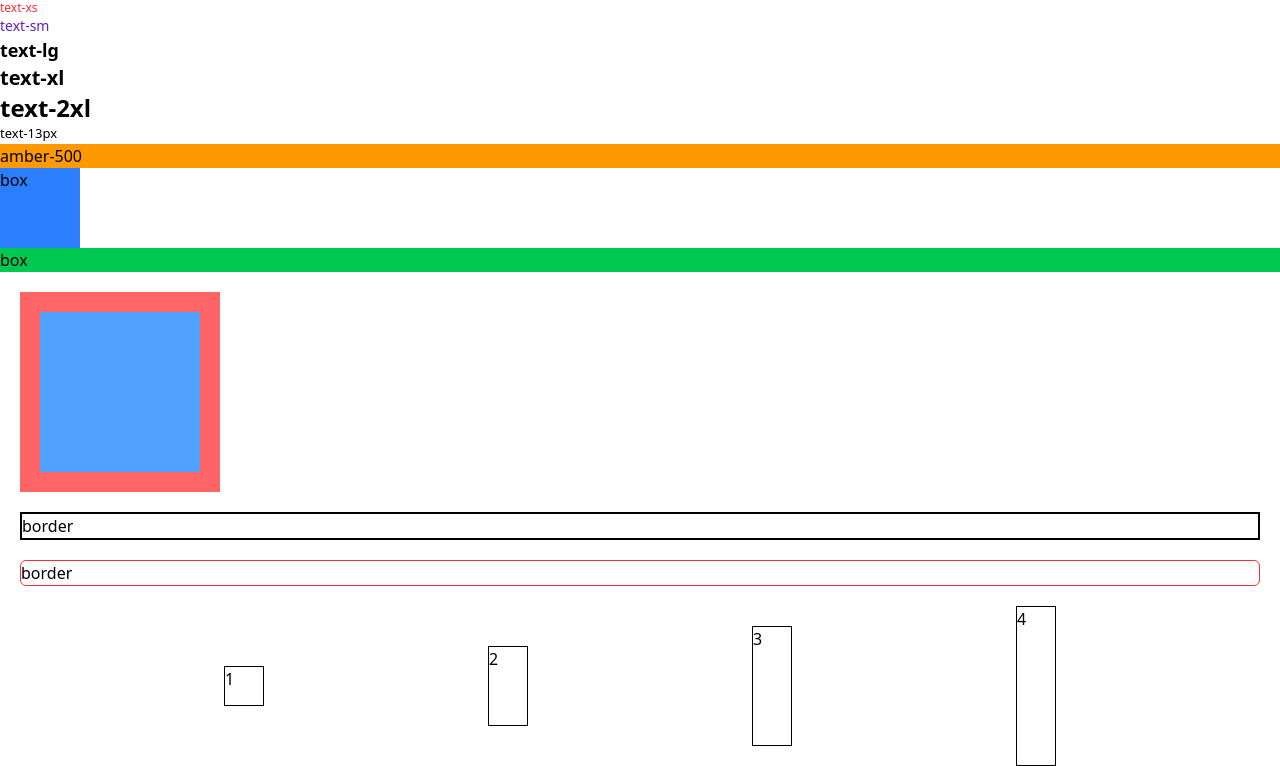
Repository: kkhhjjoo/onebite-tailwind
Page: /
These files come from the project's save history. The page is drawn as it stood at one moment and after the next save; the edit follows.
The browser window is 1280 px wide. The pictures show the whole page.
The project was rebuilt for these pictures with package versions that can differ from the ones it lists, and the page was loaded fresh each time. Also part of the build but not shown: vite.config.ts, src/App.css.

Above is the page before, as saved 2025-12-24 20:04:51.

After the next save:
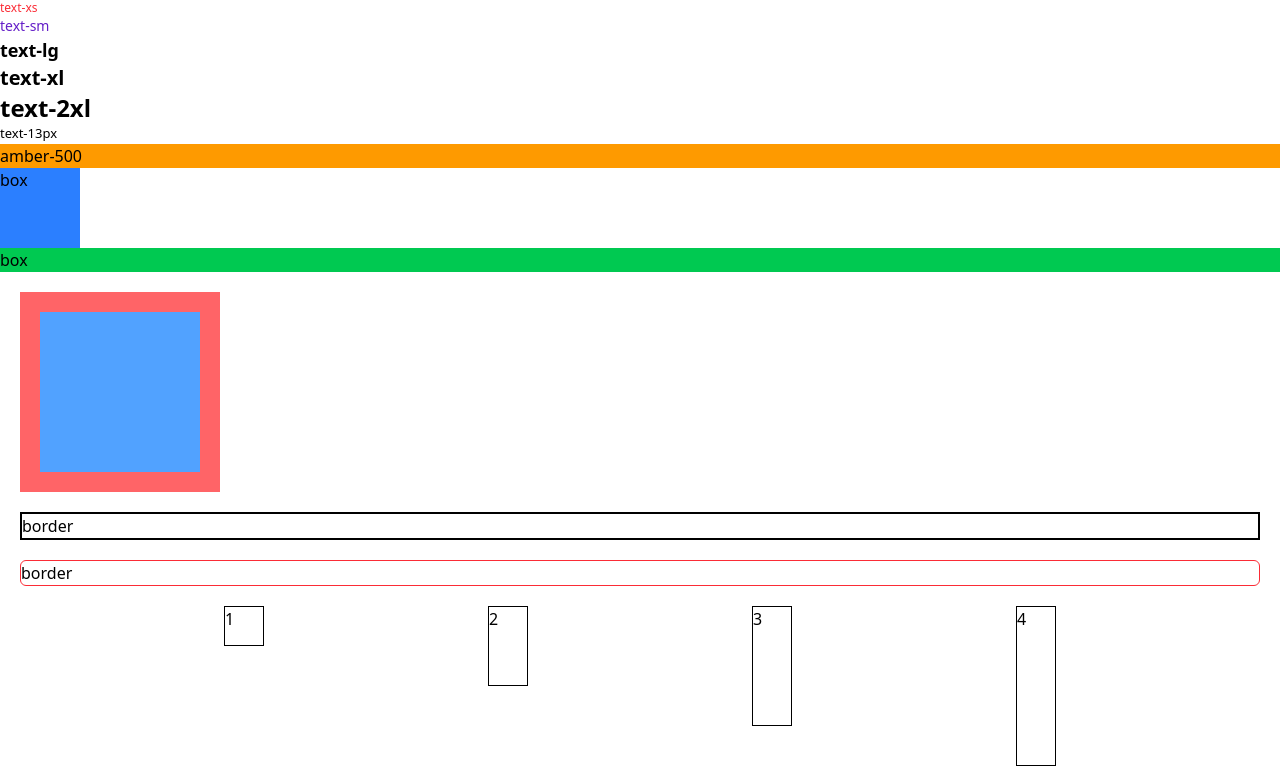
Saved 33 s later.
--- a/src/App.tsx
+++ b/src/App.tsx
@@ -31,7 +31,7 @@ function App() {
       </div>
 
       {/* 6. 플렉스 컨테이너 */}
-      <div className="flex items-center justify-evenly">
+      <div className="flex items-start justify-evenly">
         <div className="h-10 w-10 border">1</div>
         <div className="h-20 w-10 border">2</div>
         <div className="h-30 w-10 border">3</div>
